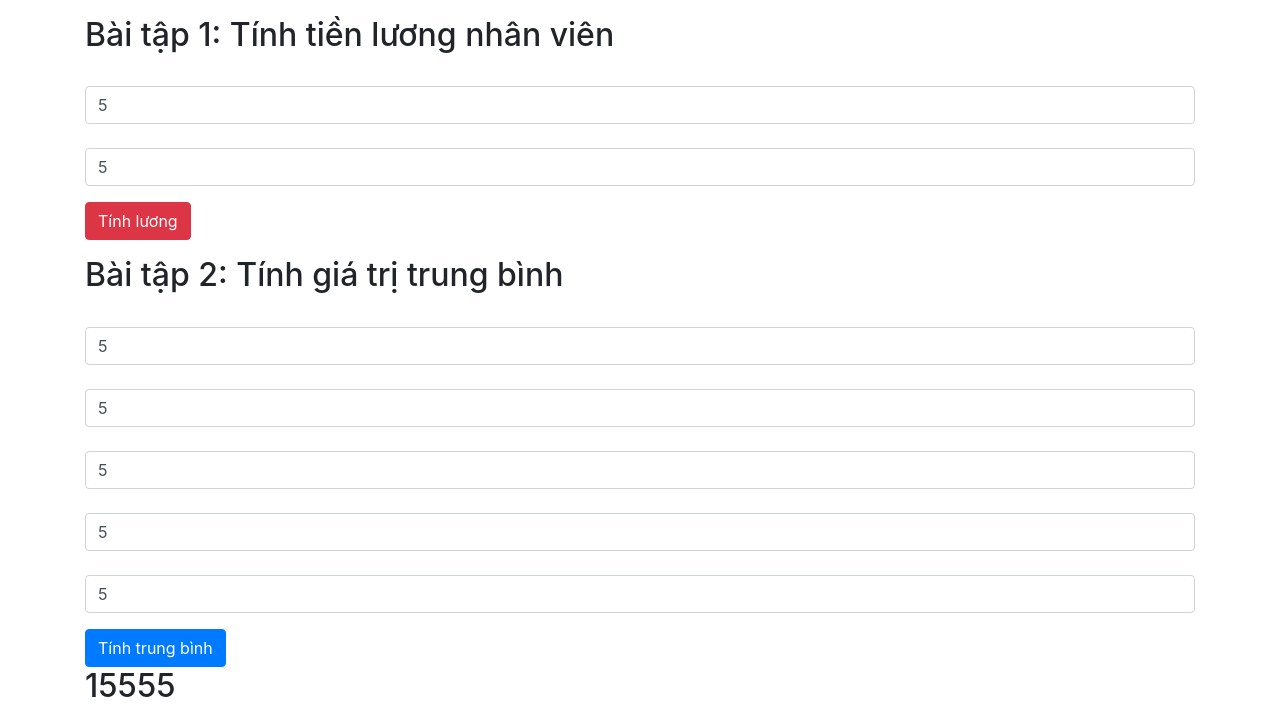
Repository: thanhfrankie/BC10-LeMinhThanh-Js-b2-3
Page: index.html
An editor plug-in stored every save of this project. The page is shown before and after a run of saves, followed by the edit.
The browser window is 1280 px wide. The pictures show the whole page.
Empty fields were first filled with sample values (such as "Sample", 5 or name@example.com).
After loading, the first visible `button.btn-primary` was clicked once.

Above is the page before, as saved 2023-12-15 15:39:12.

After the next 3 saves:
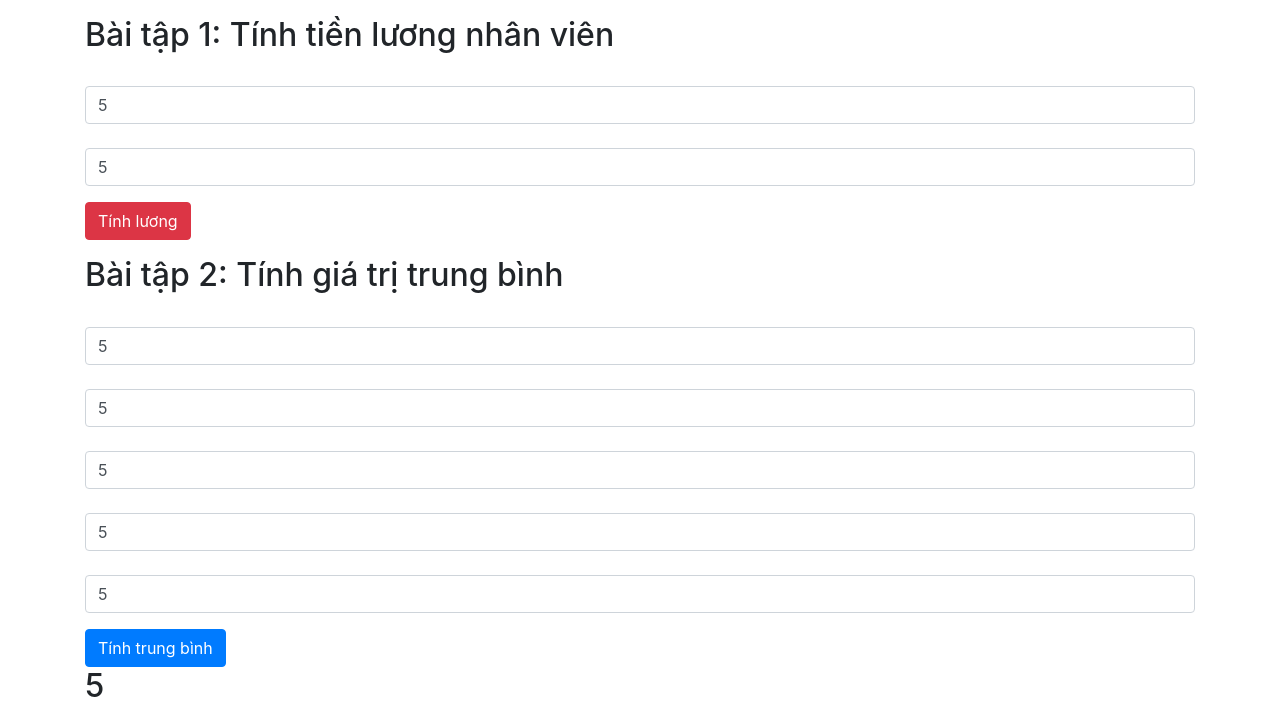
The 3 saves are shown as one change because they came seconds apart.
The last was saved 12 s later.
--- a/index.js
+++ b/index.js
@@ -23,13 +23,13 @@ function tinhLuong() {
  * B3: hiển thị kết quả
  */
 function tinhTrungBinh() {
-    var soThu1 = document.getElementById("so-thu-1").value *1
-    var soThu2 = document.getElementById("so-thu-2").value
-    var soThu3 = document.getElementById("so-thu-3").value
-    var soThu4 = document.getElementById("so-thu-4").value
-    var soThu5 = document.getElementById("so-thu-5").value
+    var soThu1 = document.getElementById("so-thu-1").value  *1
+    var soThu2 = document.getElementById("so-thu-2").value  *1
+    var soThu3 = document.getElementById("so-thu-3").value *1
+    var soThu4 = document.getElementById("so-thu-4").value *1
+    var soThu5 = document.getElementById("so-thu-5").value *1
 
-    var trungBinh =   (soThu1 *1 + soThu2 *2 + soThu3 + soThu4 + soThu5)
+    var trungBinh =   (soThu1 + soThu2 + soThu3 + soThu4 + soThu5) /5
     var ketQua = document.getElementById("ket-qua")
     ketQua.innerText = trungBinh
 }
